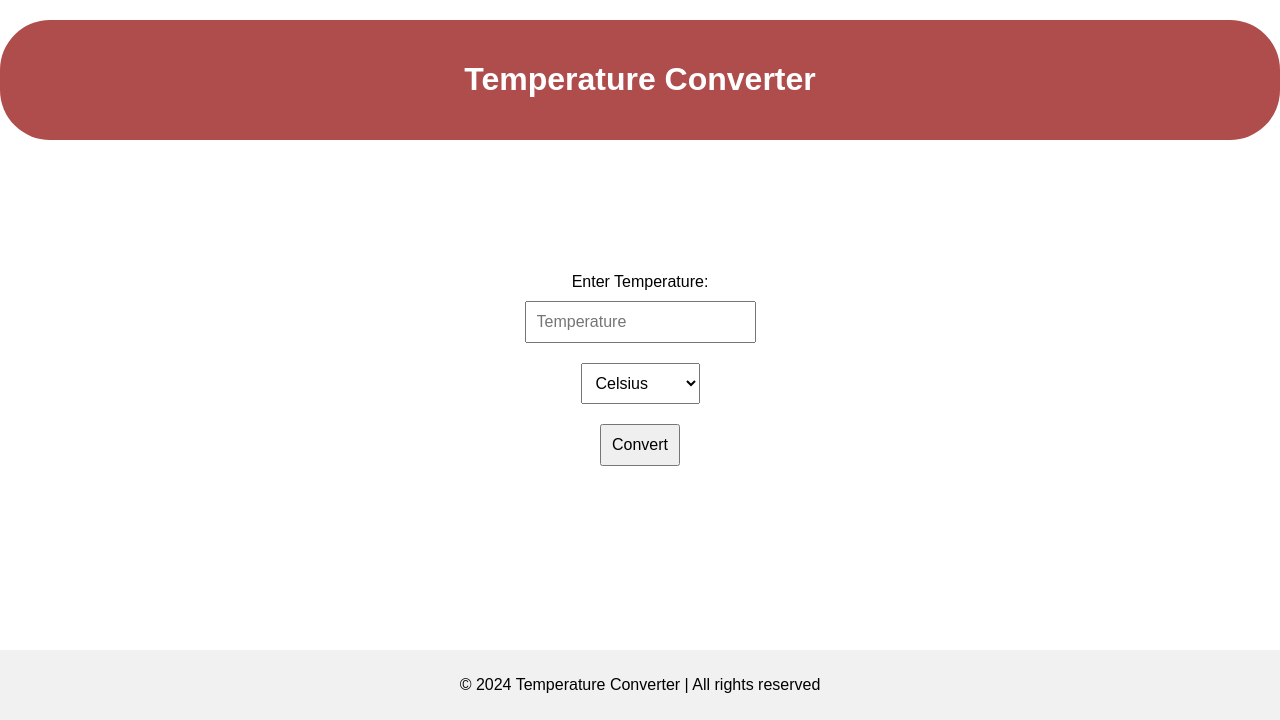
Repository: akhiranandan-04/Temperature-Converter
Page: index.html
An editor plug-in stored every save of this project. The page is shown before and after the next save, followed by the edit.
The browser window is 1280 px wide. The pictures show the whole page.

Above is the page before, as saved 2024-10-19 13:09:14.

### index.html
<!DOCTYPE html>
<html lang="en">
<head>
    <meta charset="UTF-8">
    <meta name="viewport" content="width=device-width, initial-scale=1.0">
    <title>Temperature Converter</title>
    <link rel="stylesheet" href="style.css">
</head>
<body>
    <header>
        <h1>Temperature Converter</h1>
    </header>

    <div class="converter">
        <label for="tempInput">Enter Temperature:</label>
        <input type="number" id="tempInput" placeholder="Temperature">

        <select id="tempType">
            <option value="C">Celsius</option>
            <option value="F">Fahrenheit</option>
        </select>

        <button onclick="convertTemp()">Convert</button>

        <p id="result"></p>
    </div>

    <footer>
        <p>&copy; 2024 Temperature Converter | All rights reserved</p>
    </footer>

    <script src="script.js"></script>
</body>
</html>

### style.css
body {
    font-family: Arial, sans-serif;
    display: flex;
    flex-direction: column;
    justify-content: space-between;
    min-height: 100vh;
    margin: 0;
}

header {
    text-align: center;
    background-color: #af4c4c;
    padding: 20px;
    color: white;
    border-radius: 50px;
    margin-top: 20px;
}

.converter {
    display: flex;
    flex-direction: column;
    align-items: center;
    justify-content: center;
    flex: 1;
    background-color:white;
}

.converter input, .converter select, .converter button {
    margin: 10px;
    padding: 10px;
    font-size: 16px;
}

.converter p {
    font-size: 20px;
    font-weight: bold;
}

footer {
    text-align: center;
    padding: 10px;
    background-color: #f1f1f1;
}

### script.js
function convertTemp() {
    let temp = document.getElementById('tempInput').value;
    let tempType = document.getElementById('tempType').value;
    let resultText = '';

    if (temp === '') {
        resultText = 'Please enter a temperature!';
    } else {
        temp = parseFloat(temp);
        if (tempType === 'C') {
            // Celsius to Fahrenheit
            let convertedTemp = (temp * 9/5) + 32;
            resultText = `${temp}°C is ${convertedTemp.toFixed(2)}°F`;
        } else if (tempType === 'F') {
            // Fahrenheit to Celsius
            let convertedTemp = (temp - 32) * 5/9;
            resultText = `${temp}°F is ${convertedTemp.toFixed(2)}°C`;
        }
    }

    document.getElementById('result').innerText = resultText;
}

After the next save:
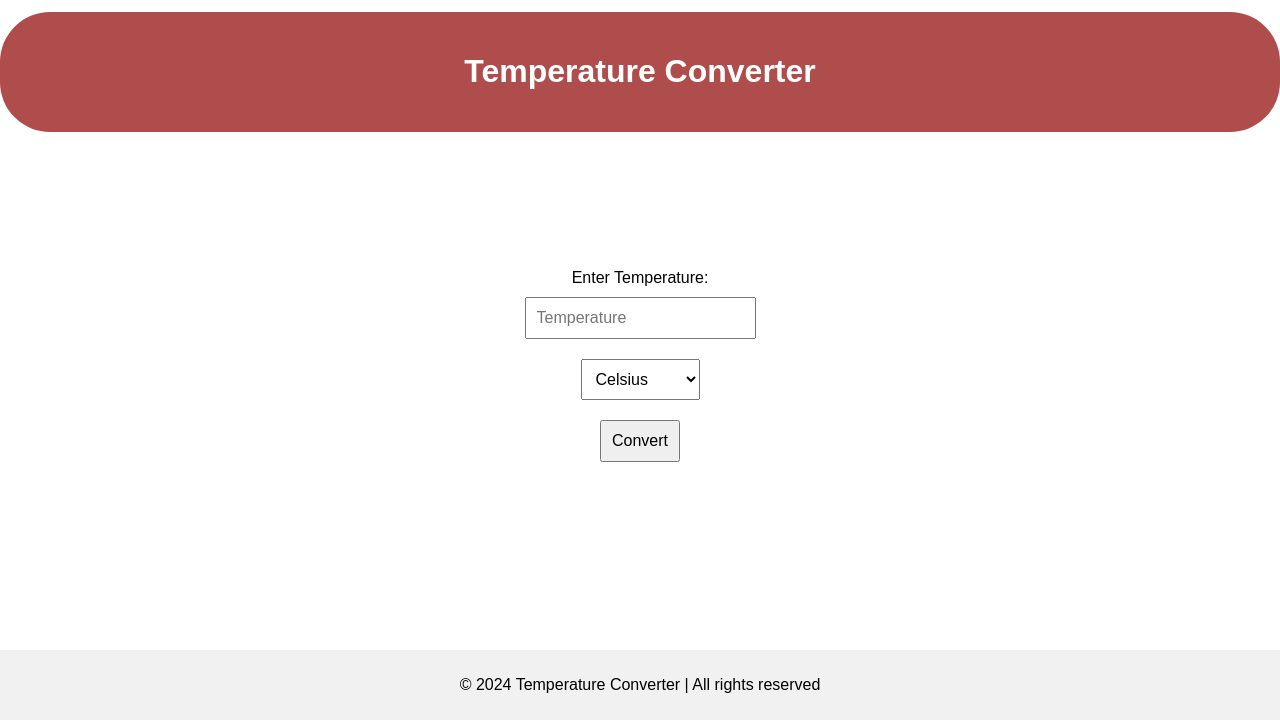
Saved 8 s later.
--- a/style.css
+++ b/style.css
@@ -13,7 +13,7 @@ header {
     padding: 20px;
     color: white;
     border-radius: 50px;
-    margin-top: 20px;
+    margin-top: 12px;
 }
 
 .converter {
